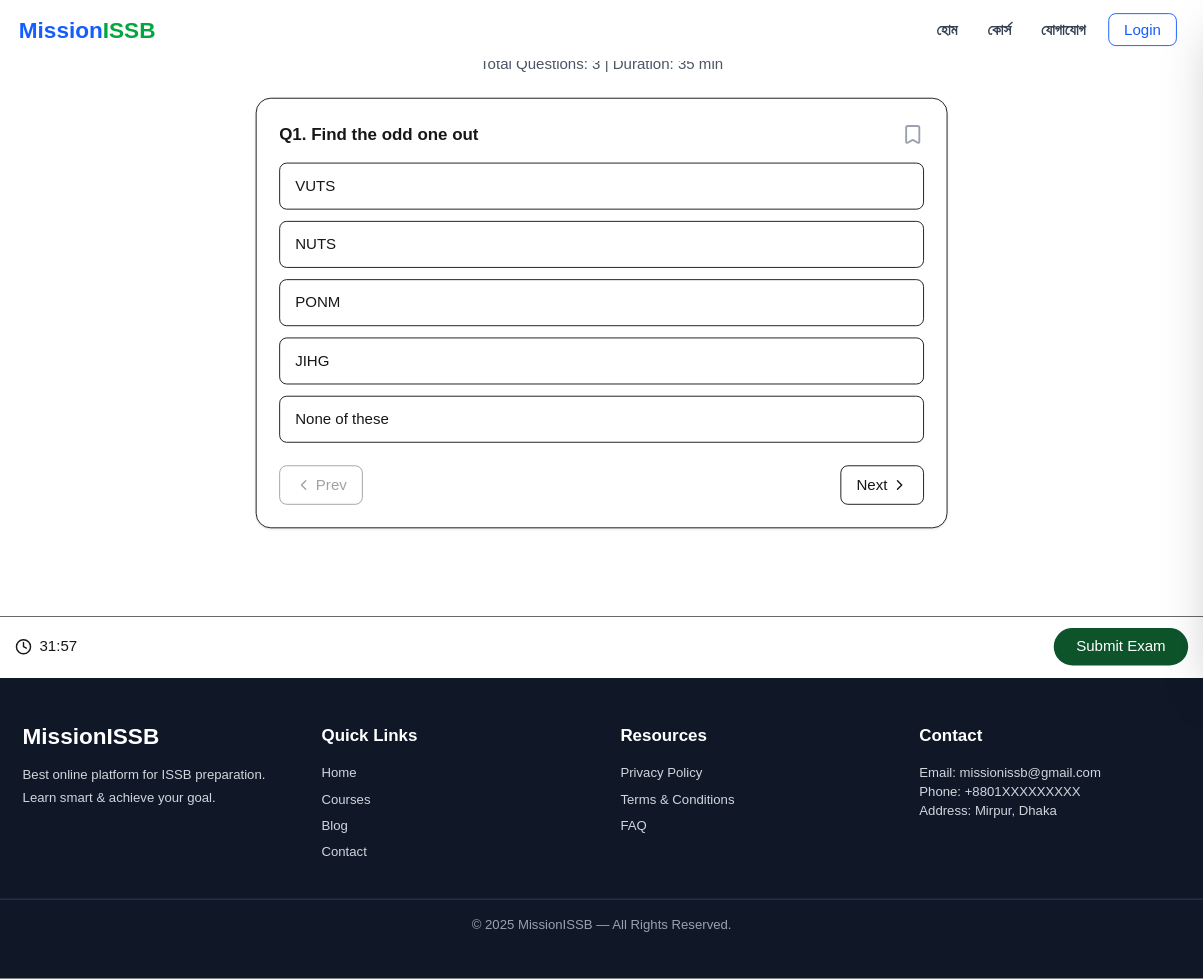
Repository: mdmuhibullahhabib/missionissb
Page: /exam/verbal-model-test-01
An editor plug-in stored every save of this project. The page is shown before and after the next save, followed by the edit.
The browser window is 1280 px wide. The pictures show the whole page, at 94% of full size.
The page's requests for data from a server got no answer. The project was rebuilt for these pictures with package versions that can differ from the ones it lists, and the page was loaded fresh each time. The framework's server and built-in components were replaced by stand-ins that run in the browser. No one was signed in, and anything a server would have sent is missing. Also part of the build but not shown: next.config.mjs, app/exam/[id]/components/SubmitModal.jsx.

Above is the page before, as saved 2025-12-15 17:23:59.

After the next save:
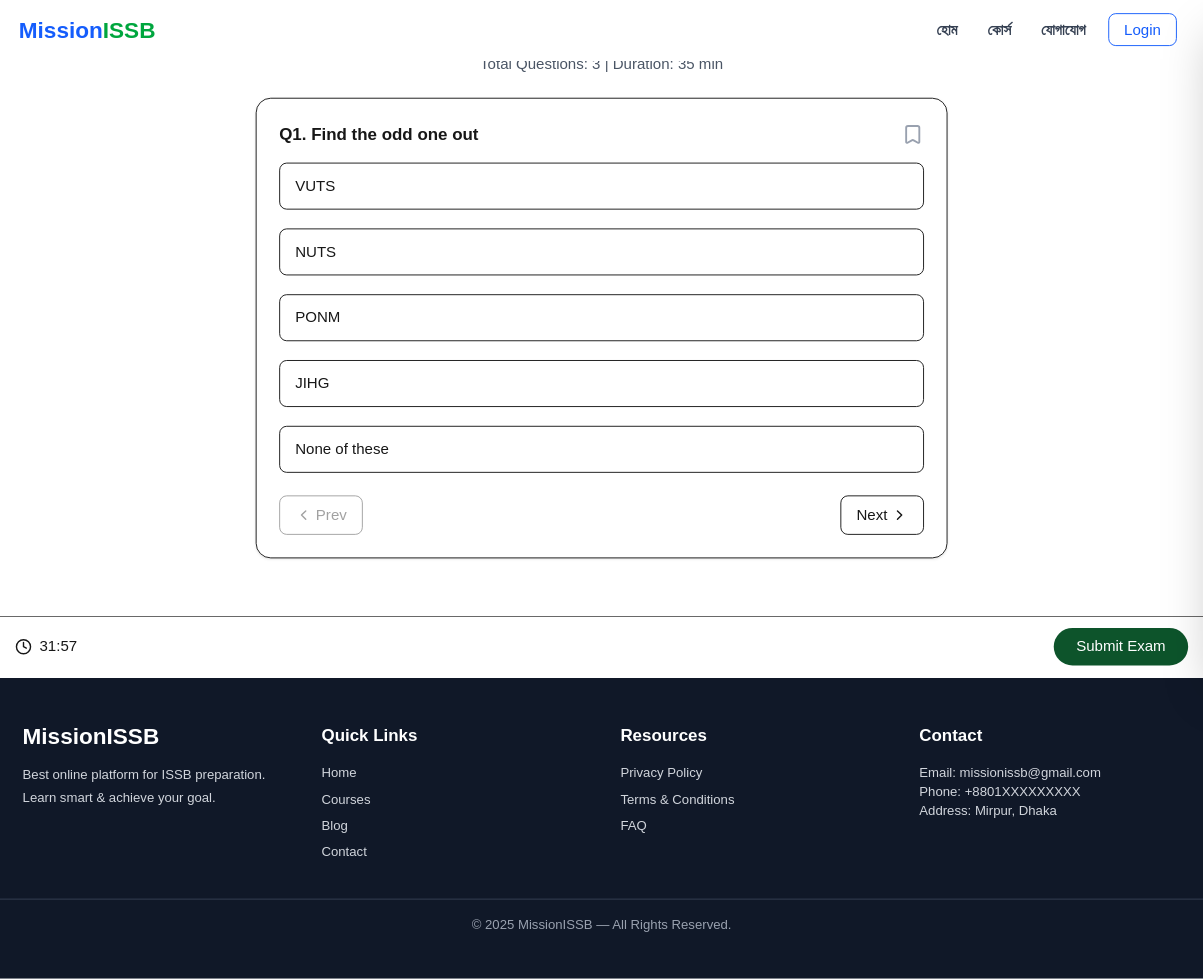
Saved 6 s later.
--- a/app/exam/[id]/components/McqCard.jsx
+++ b/app/exam/[id]/components/McqCard.jsx
@@ -25,7 +25,7 @@ const McqCard = ({
         </div>
 
         {/* Options */}
-        <div className="space-y-3 gap-2 ">
+        <div className="space-y-3 gap-2 grid ">
           {options.map((opt, idx) => (
             <button
               key={idx}
